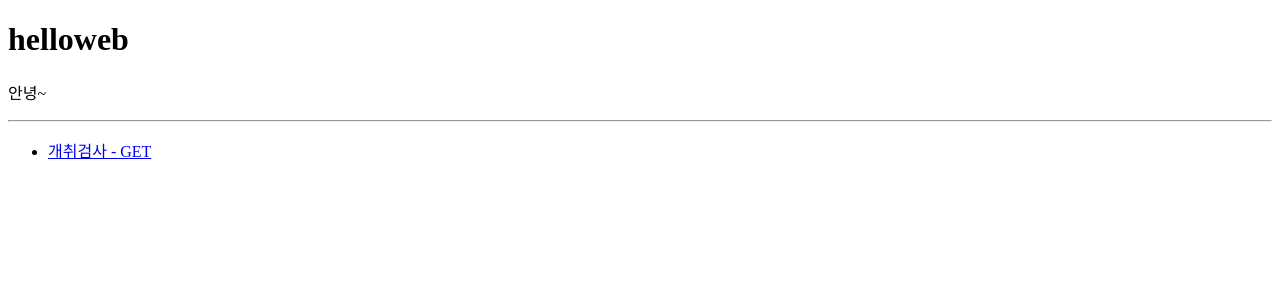
Repository: kianpas/KH_Server
Page: 01_helloweb/WebContent/index.html
An editor plug-in stored every save of this project. The page is shown before and after the next save, followed by the edit.
The browser window is 1280 px wide. The pictures show the whole page.

Above is the page before, as saved 2021-03-22 11:47:10.

After the next save:
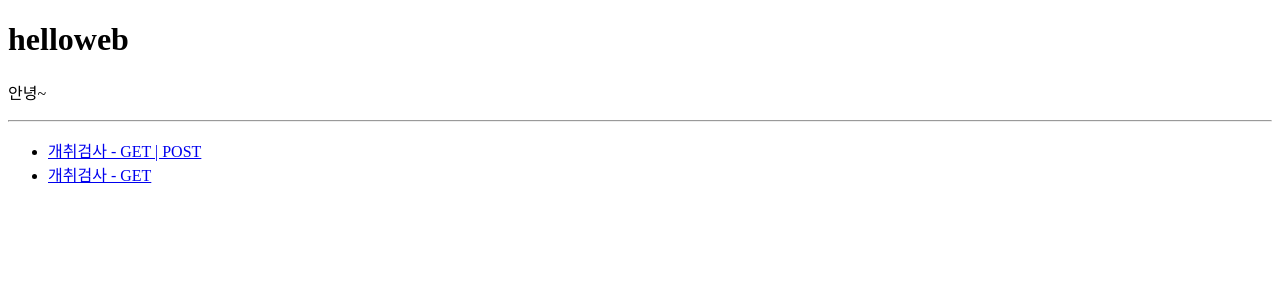
Saved 16 min 38 s later.
--- a/01_helloweb/WebContent/index.html
+++ b/01_helloweb/WebContent/index.html
@@ -12,6 +12,7 @@
 	<!-- browser(client) 절대주소 작성시, 반드시 context-path부터 작성할 것.
 		localhost:9090이후를 찾게된다. -->
 	<!-- context path 이후의 경로 WebContent폴더에서 찾게된다. -->
+		<li><a href="/web/servlet/testPerson1.html">개취검사 - GET | POST</a></li>
 		<li><a href="/web/servlet/testPerson1.html">개취검사 - GET</a></li>
 	</ul>
 </body>
